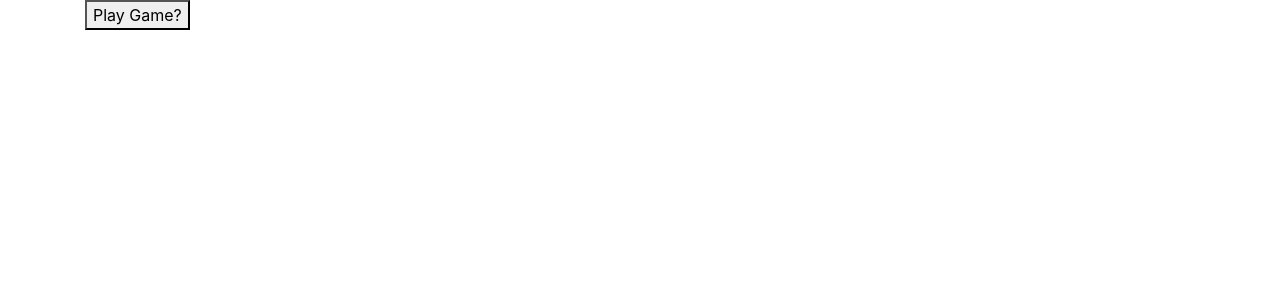
Repository: dsaftler/Trivia
Page: index.html
The author's editor kept a copy of each file at every save. The page is drawn from the files as they stood at one save, then again after the next save.
The browser window is 1280 px wide. The pictures show the whole page.

Above is the page before, as saved 2019-04-12 21:29:55.

### index.html
<!DOCTYPE html>
<html lang="en">
<head>
  <meta charset="UTF-8">
  <meta name="viewport" content="width=device-width, initial-scale=1.0">
  <meta http-equiv="X-UA-Compatible" content="ie=edge">
  <link rel="stylesheet" href="https://stackpath.bootstrapcdn.com/bootstrap/4.3.1/css/bootstrap.min.css"
    integrity="sha384-ggOyR0iXCbMQv3Xipma34MD+dH/1fQ784/j6cY/iJTQUOhcWr7x9JvoRxT2MZw1T" crossorigin="anonymous">
  <!-- custom css -->
  <link rel="stylesheet" href="assets/css/style.css" type="text/css">

  <title>Trivia Game</title>
</head>
<body>
<div class="container">
  <div class="showTimer"><span id="timer"></span></div>
  <div class="showQuestion"><span id="question"></span></div>
  <div class="showAnswer"><span id="answer"></span></div>
  <div id="showWinsCnt"><span id="wins"></span></div>
  <div id="showLoseCnt"><span id="wrongs"></span></div>
  <div id="showMissCnt"><span id="misses"></span></div>
  <div class="answers" ><span id="answer0"></span></div>
  <div class="answers" ><span id="answer1"></span></div>
  <div class="answers" ><span id="answer2"></span></div>
  <div class="answers" ><span id="answer3"></span></div>
  <button id="newGame">Play Game?</button>
  <!-- <button id="temp1" onclick="newQuestion()">Next Question?</button> -->
</div>

<!-- bootstrap scripts -->
<script src="https://code.jquery.com/jquery-3.3.1.slim.min.js"
  integrity="sha384-q8i/X+965DzO0rT7abK41JStQIAqVgRVzpbzo5smXKp4YfRvH+8abtTE1Pi6jizo" crossorigin="anonymous"></script>
<script src="https://cdnjs.cloudflare.com/ajax/libs/popper.js/1.14.7/umd/popper.min.js"
  integrity="sha384-UO2eT0CpHqdSJQ6hJty5KVphtPhzWj9WO1clHTMGa3JDZwrnQq4sF86dIHNDz0W1" crossorigin="anonymous"></script>
<script src="https://stackpath.bootstrapcdn.com/bootstrap/4.3.1/js/bootstrap.min.js"
  integrity="sha384-JjSmVgyd0p3pXB1rRibZUAYoIIy6OrQ6VrjIEaFf/nJGzIxFDsf4x0xIM+B07jRM" crossorigin="anonymous"></script>
<script src="assets/javascript/app.js"></script>


</body>
</html>

### assets/css/style.css
.showTimer
.showQuestion
.showAnswer
.showWinsCnt
.showLoseCnt
.answers

### assets/javascript/app.js
// Advanced game has a 30 second timer that counts down to 0 for each question
// If the timer is 0 OR  a wrong answer is chosen:
  // show the correct answer for 5 seconds
// display a new question
// restart the timer with no user interaction

// questions are contained in an array with question, array of answers, index of correct answer
// question shows in questionId
// "Correct"  or "Correct Answer" shows in answerId
// 4 possible answers show in 4 clickable buttons
// buttons have hover behavior
//  only one can be selected (by click)

// scores for Wins, Losses, and Unanswered are kept (correct, wrong, timer ==0)
// ask to play again in link
// click on play restarts the game without re-loading the page

var qArray =[];
var wins, wrongs, misses, seconds;
var correctAnswerId;
var timer;
var isNewGame = true;
var timerRunning=false;

// var States = {
//   PREGAME: 1,
//   PLAYING: 2,
//   GAMEOVER: 3,
//   YOUWON: 4
// };
// var GameState = States.PREGAME;

$("document").ready(function () {
  $("#newGame").on("click",initGame);
  $(".answers").on("click", stopTimer);
  for (let i = 0; i < qArray.length; i++) {
    $("#question").text = qArray[i].question;
    console.log(qArray.question+ ' '+i)

  }
    //$("#answer0".text=qArray[i].ansArray[0];
 // document.getElementById("temp1").style.display = "none";
  //qArray.forEach(function initGame(currentVal){
 //for (let i=0; i<qArray.length;i++){
  //  $(".answers").click(function () {
  //   var $target = $(this).attr("id")
  //   itarget = "answer" + "2"
  //   if (itarget===$target){
  //     //win
  //     stop();
  //     console.log("Win")
  //   }else{
  //     //lose
  //     stop();
  //     console.log("Lose")
  //   }


      //miss

  //  });
 // }
 });

function initGame() {
  // show game pieces: question, answers
  wins = 0;
  wrongs = 0;
  misses = 0;
  seconds = 30;
  //qArray.jsGameState = States.PLAYING;
  loadQuestions();
  showTime();
 // newQuestion();
}


function newQuestion()
{
  document.getElementById("newGame").style.display = "none";

  $("#question").text("question");
  $("#answer0").text("answer 1");
  $("#answer1").text("answer 2");
  $("#answer2").text("answer 3");
  $("#answer3").text("answer 4");

  seconds = 30;
  showTime();
  timer = setInterval(tick, 1000);

}





function closeGame()
{
  $("#wins").text(wins);
  $("#wrongs").text(wrongs);
  $("#misses").text(misses);
  $("#newGame").show();
}


//  The decrement function.
function tick()
{
  //  Decrease number by one.

  seconds--;
  if (seconds < 0) {
    //  ...run the stop function.
    stopTimer()
    //  Alert the user that time is up.
    console.log("Miss");
    document.getElementById("temp1").style.display = "block";
    return;
  }
  showTime();

}

function stopTimer()
{
  clearInterval(timer);
}

//  Execute the run function.
function showTime()
{
 $("#timer").html("<h2>" + seconds + "</h2>");
 console.log(seconds);
}

function Misses(){
  misses++;
 // showMisses
}
function loadQuestions(){
qArray = [
    {
      question: "How many moons are in our Solar System?",
      correct: 3,
      ansArray: [25, 50, 97, 181],
      extra: "These moons (also known as natural satellites) vary greatly in size and quantity per planet. For example, the largest moon is Jupiter’s Ganymede, and the smallest is Mar’s Deimos. Ganymede has a diameter of 3,273 miles, and Deimos has a diameter of 7 miles."
    },
    {
      question: "What percent of the universe is dark matter? (Plus or minus 2%.)",
      correct: 1,
      ansArray: ["15%", "27%", "50%", "80%"],
      extra: "The rest of the universe is around 68% dark energy, and less than 5% of the universe is made up of what we would consider ‘normal’ matter. This means that roughly 80% of the mass of the universe is made up of material we cannot see."
    },
    {
      question: "What is the most common type of star found in the Milky Way?",
      correct: 1,
      ansArray: ["Neutron stars", "Red dwarf stars", "Supernovae", "G-type"],
      extra: "Red dwarf stars make up an estimated ¾ of all stars found in the Milky Way. The surface temperature of red dwarf stars is less than 4,000 Kelvin, and they have a very low luminosity and therefore cannot be easily seen. In fact, from Earth not one red dwarf star can be seen with the naked eye. Since they develop very slowly and are constant for trillions of years, there are actually no advanced stars of this type in our galaxy because our galaxy is too young!"
    },
    {
      question: "What is the closest star to the Sun?",
      correct: 0,
      ansArray: ["Proxima Centauri", "Tau Ceti", "51 Pegasi", "Rigel"],
      extra: "Proxima Centauri is a red dwarf star located in Alpha Centauri system, which is in the Centaurus constellation. Alpha Centauri is actually a triple star system with Proxima Centauri being the closest to the sun. It is 4.24 light years away from the sun, and is not visible to the naked eye from Earth."
    },
    {
      question: "What has a gravitational pull so strong that even light cannot escape it?",
      correct: 2,
      ansArray: ["Quantum gravity well", "3rd law of thermodynamics", "Black hole", "Mutual attraction"],
      extra: "Black holes are one of the deadliest things in the universe. They are formed when a star with a mass more than three times that of our sun dies and collapses onto itself after an explosion called a supernova. Black holes can siphon the gas out of stars until they vanish. They can even break apart and swallow planets."
    },
    {
      question: "Which NASA space flight was the last manned mission to the moon?",
      correct: 3,
      ansArray: ["Skylab 4", "Gemini 12", "Skynet 3", "Apollo 17"],
      extra: "Apollo 17 launched on December 7, 1972 as the first night launch done by NASA. It was also the final mission of NASA’s Apollo program. Apollo 17 was the last time humans traveled beyond low Earth orbit. The mission also boasted that at the time it had the longest moon landing, largest lunar samples, longest time in orbit, and the longest total moonwalks."
    },
    {
      question: "What is the longest continuous time a human has spent in space? (Plus or minus 20 days.)",
      correct: 2,
      ansArray: ["37 days", "189 days", "437 days", "500 days"],
      extra: "This amounts to more than 14 months in space. This feat was accomplished by Valeri Polyakov, a Russian astronaut who stayed aboard the Mir space station from January 1994 to March 1995. When Polyakov retired he had over 678 cumulative days in space, and his combined space time was over 22 months."
    },
    {
      question: "How much time does sun rays take to reach earth?",
      correct: 2,
      ansArray: ["58 seconds", "3.5 minutes", "8 minutes", "14 minutes"],
      extra: "The speed of light in vacuum, commonly denoted c, is a universal physical constant important in many areas of physics. Its exact value is299,792,458 meters per second (approximately 300,000 km/s (186,000 mi/s))."
    },
    {
      question: "When the Halley’s Comet will be visible from Earth again?",
      correct: 3,
      ansArray: ["2024", "2039", "2042", "2061"],
      extra: "Halley's Comet is arguably the most famous comet. It is a ‘periodic’ comet and returns to Earth's vicinity about every 75 years, making it possible for a human to see it twice in his or her lifetime. The last time it was here was in 1986, and it is projected to return in 2061."
    },
    {
      question: "When does a lunar eclipse occur?",
      correct: 0,
      ansArray: ["Earth is between the Sun and the Moon", "Sun is between the Earth and the Moon", "Moon is in the 7th House", "Moon is between the Sun and the Earth"],
      extra: "A lunar eclipse occurs when the Moon passes directly behind Earth and into its shadow. This can occur only when the Sun, Earth, and Moon are exactly or very closely aligned, with Earth between the other two. A lunar eclipse can occur only on the night of a full moon."
    },
    {
      question: "How long was the shortest space flight?",
      correct: 0,
      ansArray: ["15 minutes", "73 minutes", "4.5 hours", "3 days"],
      extra: "This occurred on May 5, 1961 when Alan Shepard achieved an altitude of 115 miles in NASA’s Freedom 7. He was also the first American in space. Shepard later went on to become the oldest person to walk on the surface of the moon. He achieved this in 1971 during the Apollo 14 mission. At the time, he was 47 years old."
    }
  ]
  console.log(qArray);
};

After the next save:
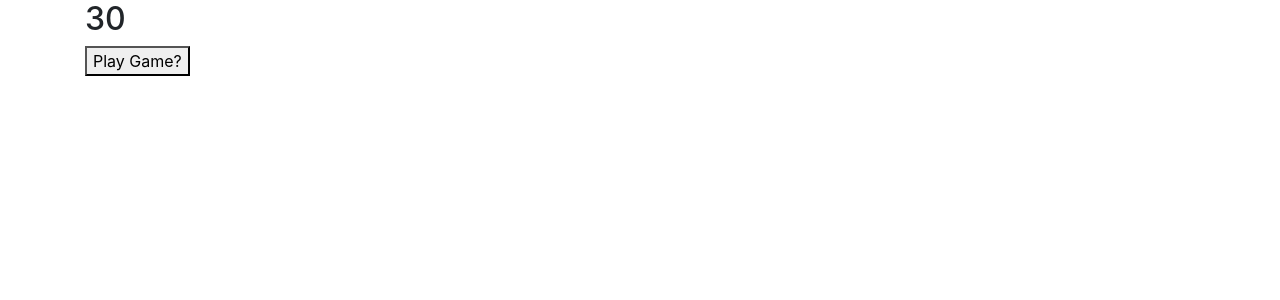
Saved 69 s later.
--- a/assets/javascript/app.js
+++ b/assets/javascript/app.js
@@ -31,7 +31,7 @@ var timerRunning=false;
 // var GameState = States.PREGAME;
 
 $("document").ready(function () {
-  $("#newGame").on("click",initGame);
+  initGame();
   $(".answers").on("click", stopTimer);
   for (let i = 0; i < qArray.length; i++) {
     $("#question").text = qArray[i].question;
